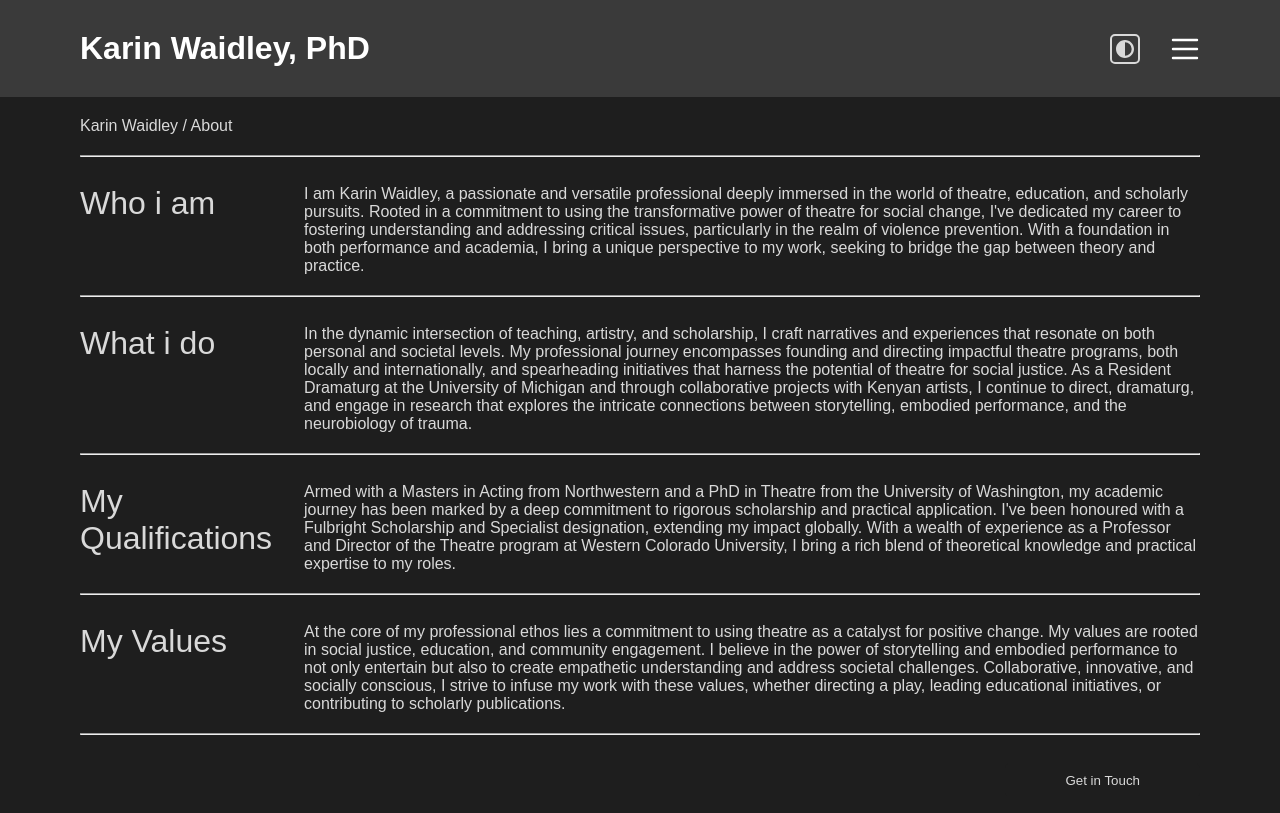
Repository: Ceasor7/Karin
Page: about.html
These files come from the project's save history. The page is drawn as it stood at one moment and after the next save; the edit follows.
The browser window is 1280 px wide. The pictures show the whole page.

Above is the page before, as saved 2023-12-14 17:45:27.

After the next save:
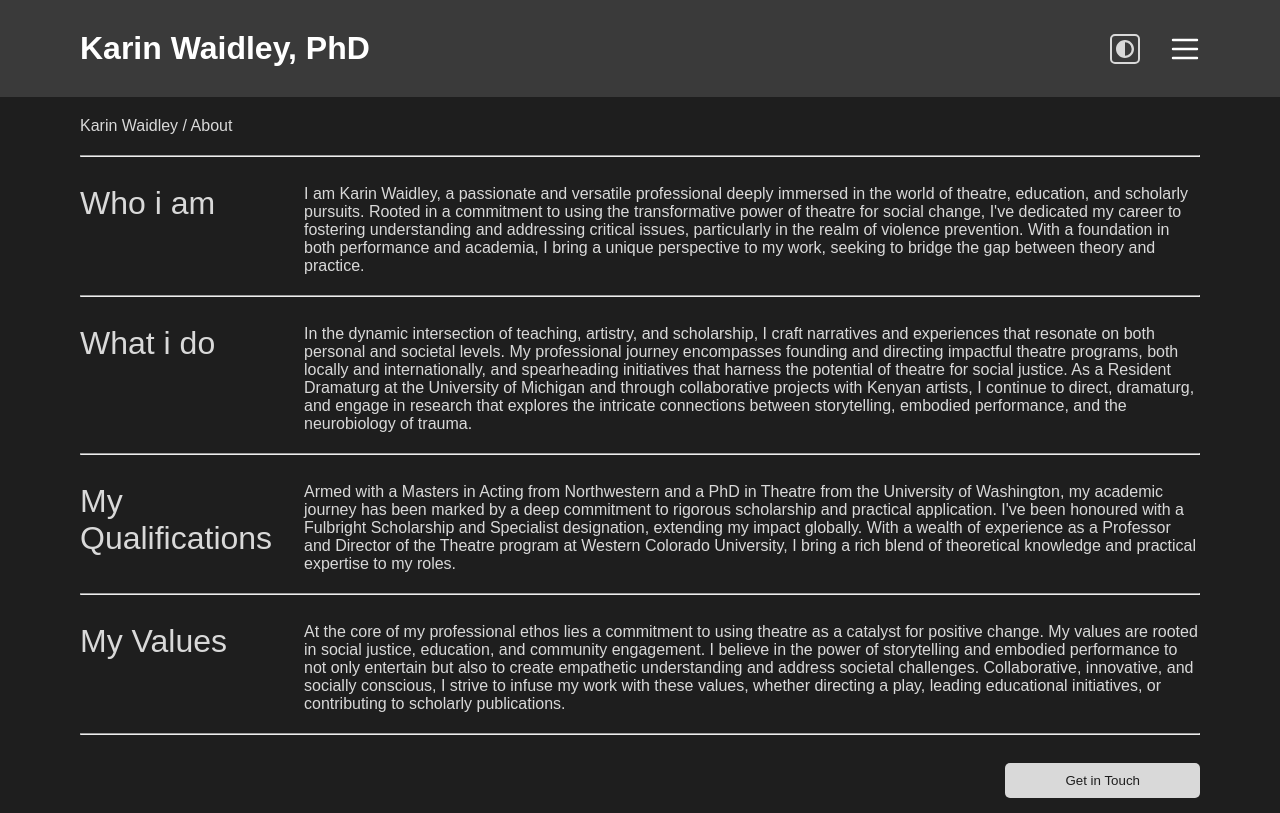
Saved 33 s later.
--- a/about.html
+++ b/about.html
@@ -69,8 +69,8 @@
 
         .contact-button {
             padding: 10px;
-            background-color: var(--primary-color);
-            color: var(--secondary-color);
+            background-color: var(--secondary-color);
+            color: var(--primary-color);
             padding-left: 60px;
             padding-right: 60px;
             border-radius: 5px;
